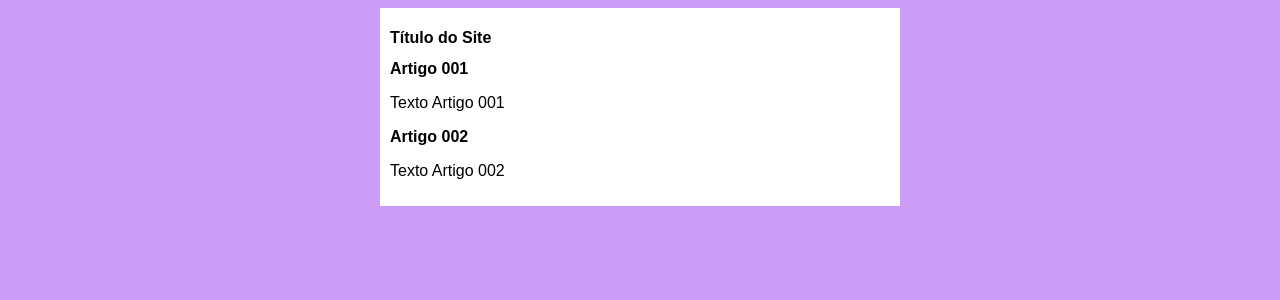
Repository: AnthonyLuanSantos/projeto-site
Page: index.html
These files come from the project's save history. The page is drawn as it stood at one moment and after a run of saves; the edit follows.
The browser window is 1280 px wide. The pictures show the whole page.

Above is the page before, as saved 2024-08-18 20:46:29.

### index.html
<!DOCTYPE html>
<html lang="pt-br">
<head>
    <meta charset="UTF-8">
    <meta name="viewport" content="width=device-width, initial-scale=1.0">
    <title>Título do Site</title>
    <link rel="stylesheet" href="style.css">
</head>
<body>
    <main>
        <header>
            <h1>Título do Site</h1>
        </header>
        <article>
            <h2>Artigo 001</h2>
            <p>Texto Artigo 001</p>
        </article>
        <article>
            <h2>Artigo 002</h2>
            <p>Texto Artigo 002</p>
        </article>
    </main>
</body>
</html>

### style.css
*{
    font-family: Arial, Helvetica, sans-serif;
    font-size: 16px;
}
body{
    background-color: rgb(204,157,248);
}
main{
    background-color: white;
    width: 500px;
    margin: auto;
    padding: 10px;
    box-shadow: 3px;
}

After the next 2 saves:
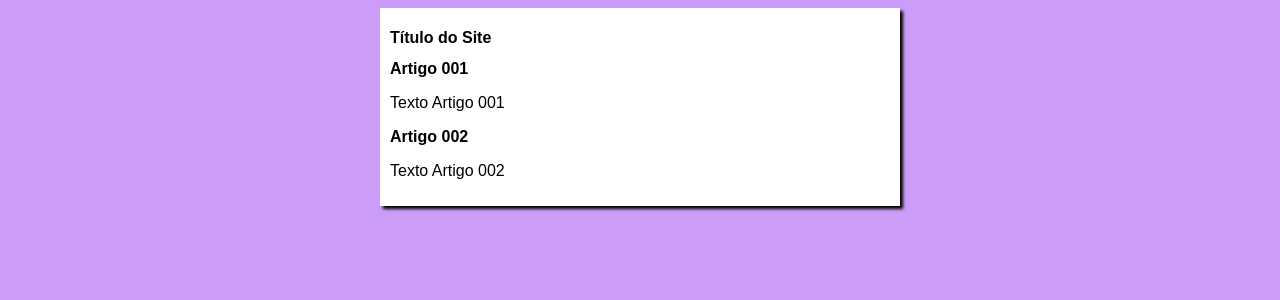
The 2 saves are shown as one change because they came seconds apart.
The last was saved 8 s later.
--- a/style.css
+++ b/style.css
@@ -10,5 +10,5 @@
     width: 500px;
     margin: auto;
     padding: 10px;
-    box-shadow: 3px;
+    box-shadow: 3px 3px 3px;
 }
